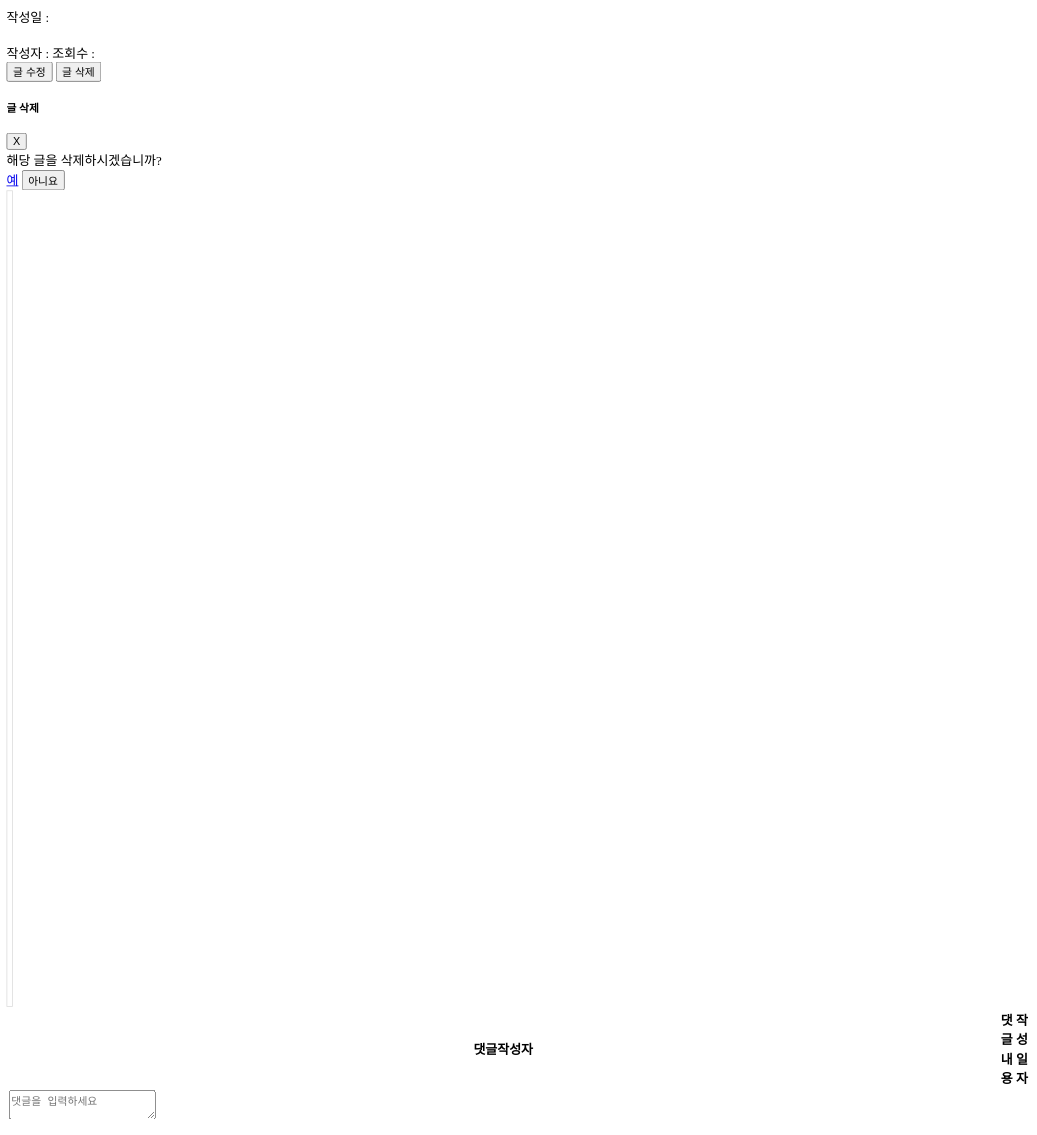
Repository: KimJinHwan999/ToyProject-makeBoard-springBoot
Page: http://localhost/board/WEB-INF/views/board/post.jsp
The author's editor kept a copy of each file at every save. The page is drawn from the files as they stood at one save, then again after the next save.
The browser window is 1280 px wide. The pictures show the whole page, at 81% of full size.
The page is served by Tomcat 9. Nobody is signed in. The template is opened directly, without the code that normally fills it, so the values that code supplies are empty.

Above is the page before, as saved 2023-06-22 09:11:21.

After the next save:
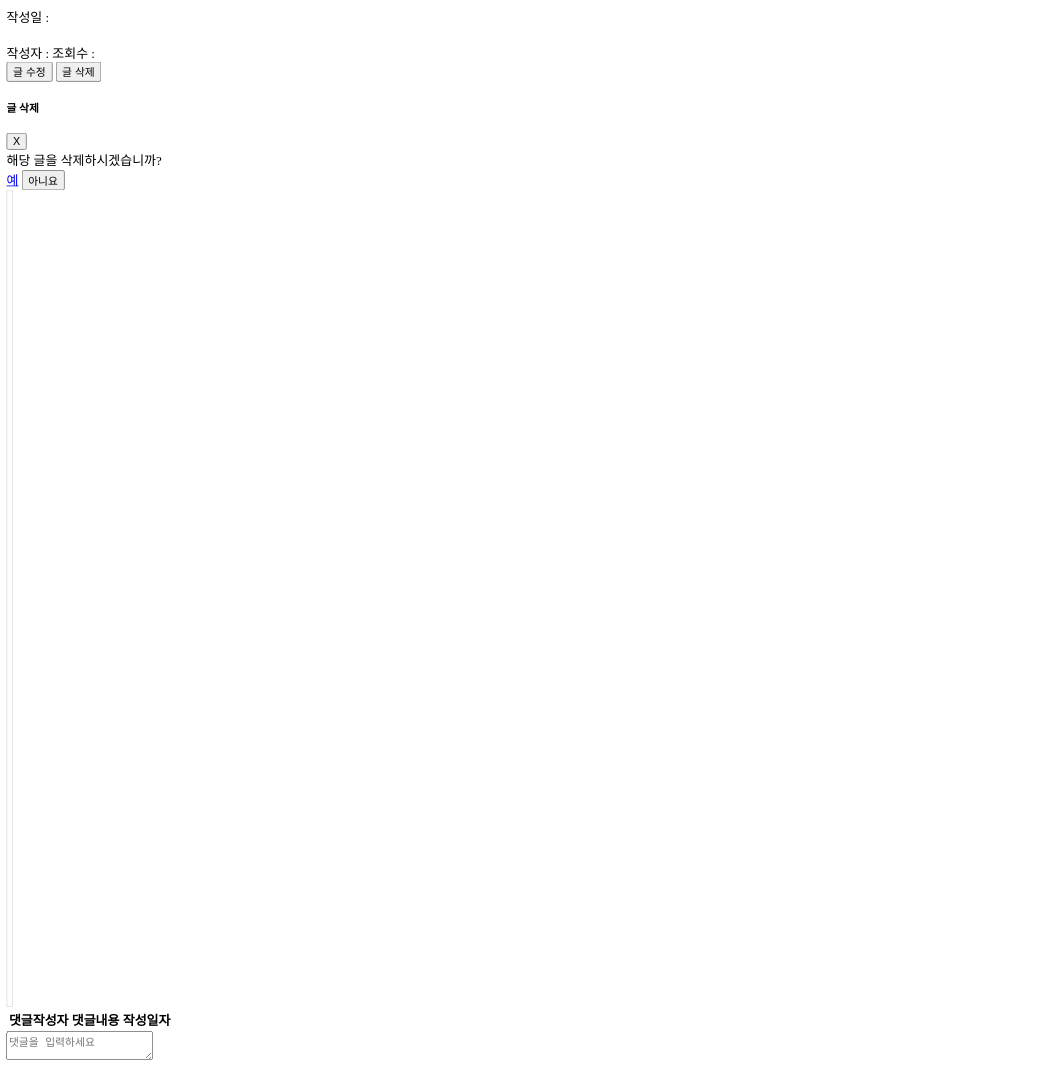
Saved 40 s later.
--- a/board/src/main/webapp/WEB-INF/views/board/post.jsp
+++ b/board/src/main/webapp/WEB-INF/views/board/post.jsp
@@ -95,12 +95,12 @@
 				                <td>${reply.reply_date }</td>
 				            </tr>
 			            </c:forEach>
-			            <tr>
-			            	<td style="width:100%;"><textarea id="reply_content" name="reply_content" placeholder="댓글을 입력하세요" ></textarea></td>
-			            </tr>
 
 			            </tbody>
 			        </table>
+		            <tr>
+		            	<td><textarea id="reply_content" name="reply_content" placeholder="댓글을 입력하세요" style=""></textarea></td>
+		            </tr>
 	            </form>
 		        <!-- 댓글 끝 -->
 		</div>
